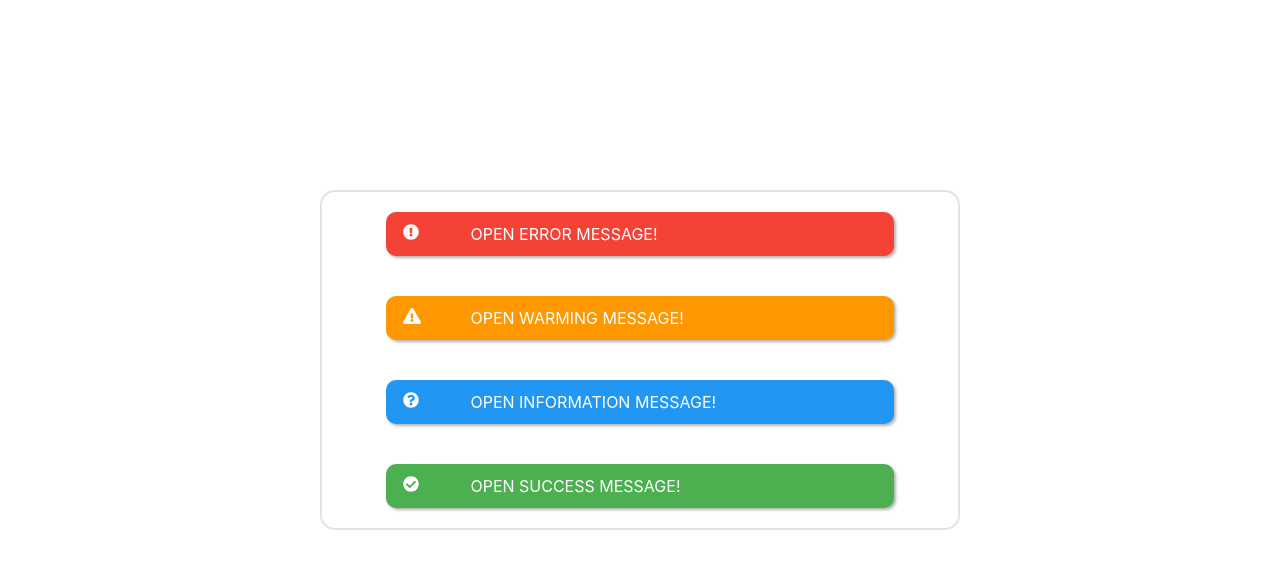
Repository: KrzysKolo/sr_tydzien5_zad2
Page: /
An editor plug-in stored every save of this project. The page is shown before and after the next save, followed by the edit.
The browser window is 1280 px wide. The pictures show the whole page.
The project was rebuilt for these pictures with package versions that can differ from the ones it lists, and the page was loaded fresh each time.

Above is the page before, as saved 2020-12-21 19:41:28.

### public/index.html
<!DOCTYPE html>
<html lang="en">
  <head>
    <meta charset="utf-8" />
    <link rel="icon" href="%PUBLIC_URL%/favicon.ico" />
    <meta name="viewport" content="width=device-width, initial-scale=1" />
    <meta name="theme-color" content="#000000" />
    <meta
      name="description"
      content="Web site created using create-react-app"
    />
    <link rel="apple-touch-icon" href="%PUBLIC_URL%/logo192.png" />
    <!--
      manifest.json provides metadata used when your web app is installed on a
      user's mobile device or desktop. See https://developers.google.com/web/fundamentals/web-app-manifest/
    -->
    <link rel="manifest" href="%PUBLIC_URL%/manifest.json" />
    <!--
      Notice the use of %PUBLIC_URL% in the tags above.
      It will be replaced with the URL of the `public` folder during the build.
      Only files inside the `public` folder can be referenced from the HTML.

      Unlike "/favicon.ico" or "favicon.ico", "%PUBLIC_URL%/favicon.ico" will
      work correctly both with client-side routing and a non-root public URL.
      Learn how to configure a non-root public URL by running `npm run build`.
    -->
    <title>Zad 2 - snackbar</title>
  </head>
  <body>
    <noscript>You need to enable JavaScript to run this app.</noscript>
    <div id="root"></div>
    <!--
      This HTML file is a template.
      If you open it directly in the browser, you will see an empty page.

      You can add webfonts, meta tags, or analytics to this file.
      The build step will place the bundled scripts into the <body> tag.

      To begin the development, run `npm start` or `yarn start`.
      To create a production bundle, use `npm run build` or `yarn build`.
    -->
  </body>
</html>

### src/App.js
import React from 'react';
import Buttons from './components/Buttons';
import './App.css';
const App = () => {
  return (
    <div className="wrapper--btn">
      <Buttons />
    </div>
  )
}

export default App;

### src/components/Buttons.js
import React from 'react';
import ButtonsData from './../data/ButtonsData';
import Button from './Button';

const Buttons = () => {
    return (
        <>
            {ButtonsData.map(button =>
                <Button key={button.id} data={button} />
            )}
        </>
    )
}

export default Buttons;

### src/App.css
* {
  box-sizing: border-box;
  margin: 0;
  position: relative;
}
body {
  width: 100vw;
  height: 100vh;
  display: flex;
  flex-direction: row;
  justify-content: center;
  align-items: center;
}
.wrapper--btn {
  border: 2px solid #e3e3e3;
  border-radius: 15px;
  width: 50vw;
  display: flex;
  flex-direction: column;
  justify-content: center;
  align-items: center;
}
.btn {
  border-radius: 10px;
  color: rgb(240, 239, 244);
  cursor: pointer;
  outline: none;
  padding: 10px 15px;
  margin: 20px;
  width: 80%;
  display: grid;
  grid-template-columns: 0.5fr 3fr;
  box-shadow: 2px 2px 3px rgba(102, 102, 102, 0.5);
  transition: all 0.3s ease-in-out;
}

### src/data/ButtonsData.js
const ButtonsData = [
    {
      id: 0,
      name: "OPEN ERROR MESSAGE!",
      event: "handleClickError",
      color: "rgb(244, 67, 54)",
      icon: "faExclamationCircle"
    },
    {
      id: 1,
      name: "OPEN WARMING MESSAGE!",
      event: "handleClickWarming",
      color: "rgb(255, 152, 0)",
      icon: "faExclamationTriangle",
    },
    {
      id: 2,
      name: "OPEN INFORMATION MESSAGE!",
      event: "handleClickInformation",
      color: "rgb(33, 150, 243)",
      icon: "faQuestionCircle",
    },
    {
      id: 3,
      name: "OPEN SUCCESS MESSAGE!",
      event: "handleClickSuccess",
      color: "rgb(76, 175, 80)",
      icon: "faCheckCircle",
    },

  ]
 export default ButtonsData;

### src/components/Button.js
import React, { useState } from 'react';
import Icons from './Icons';

const Button = ({data } ) => {

    const [isHover, setIsHover] = useState(false);
    const OutStyle = {
        border: `2px solid ${data.color}`,
        background: data.color,
        color: "#fff",
      };

      const OverStyle = {
        border: `2px solid ${data.color}`,
        backgroundColor: "#fff",
        color: data.color,

      };
      const event = data.event;
      const switchFunction = (event) => {
        switch (event) {
                case 'handleClickError': handleClickError(); break;
                case 'handleClickWarming': handleClickWarming(); break;
                case 'handleClickInformation': handleClickInformation(); break;
                case 'handleClickSuccess': handleClickSuccess(); break;
                default: return null;
                }
    }

    const handleClickError = () => {
        console.log("error");
    };
    const handleClickWarming = () => {
        console.log("warming");
    };
    const handleClickInformation = () => {
        console.log("info");
    };
    const handleClickSuccess = () => {
        console.log("success");
    };


    return (
        <div className="btn"
        onClick={() => switchFunction(event)}
        style={isHover ? OverStyle : OutStyle}
        onMouseOver={() => setIsHover(true)}
        onMouseOut={() => setIsHover(false)}>
            <Icons icon={data.icon}/>
             {data.name}
        </div>
    )
}

export default Button;

### src/components/Icons.js
import React from 'react';
import { FontAwesomeIcon } from '@fortawesome/react-fontawesome';
import { faCheckCircle, faQuestionCircle, faExclamationTriangle, faExclamationCircle } from '@fortawesome/free-solid-svg-icons';

const Icons = ({icon}) => {

        switch (icon) {
            case 'faExclamationCircle': return <FontAwesomeIcon icon={faExclamationCircle} />;
            case 'faExclamationTriangle': return <FontAwesomeIcon icon={faExclamationTriangle} />;
            case 'faQuestionCircle': return <FontAwesomeIcon icon={faQuestionCircle} />;
            case 'faCheckCircle': return <FontAwesomeIcon icon={faCheckCircle} />;
            default: return null;
            }



}

export default Icons;

Loaded but not shown: src/index.js (common file); src/index.css (common file)

After the next save:
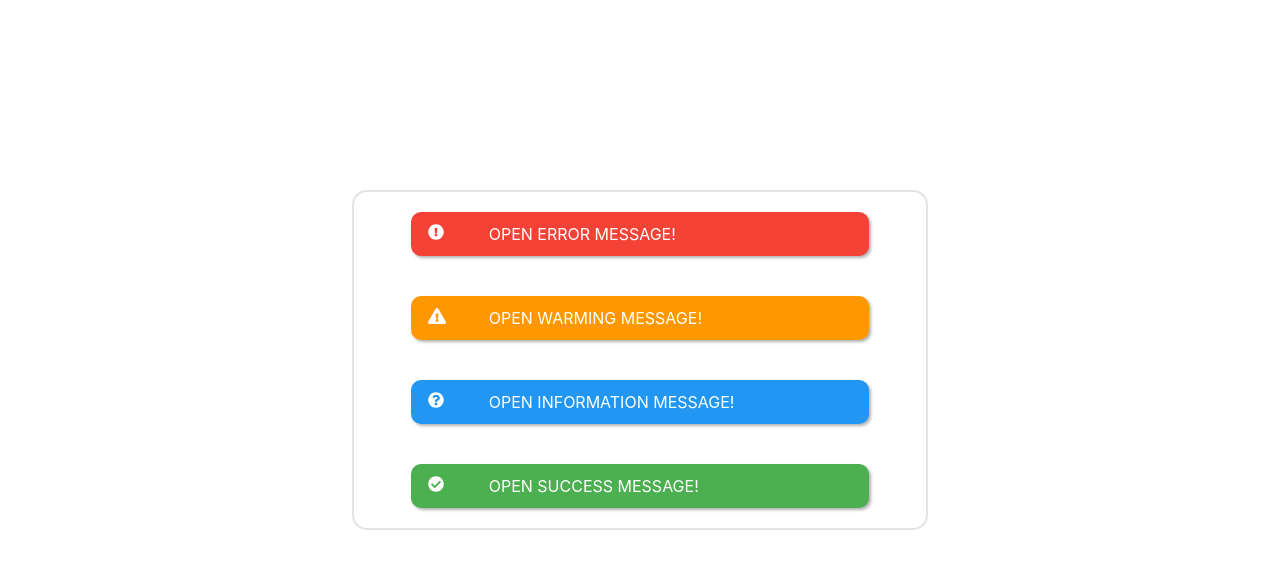
Saved 18 s later.
--- a/src/App.css
+++ b/src/App.css
@@ -14,7 +14,7 @@ body {
 .wrapper--btn {
   border: 2px solid #e3e3e3;
   border-radius: 15px;
-  width: 50vw;
+  width: 45vw;
   display: flex;
   flex-direction: column;
   justify-content: center;
